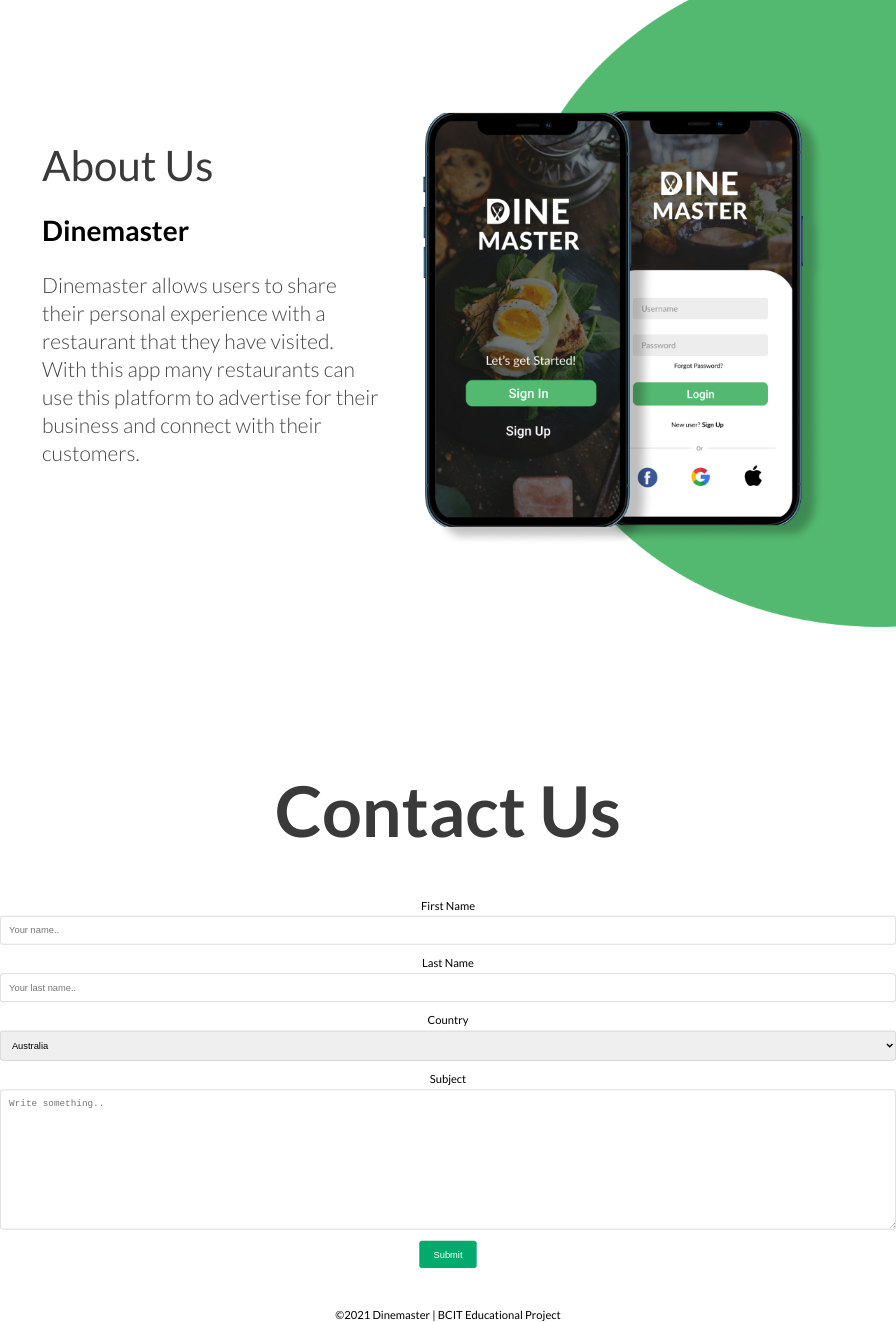
Repository: leahma1208/dinemaster
Page: index.html
These files come from the project's save history. The page is drawn as it stood at one moment and after a run of saves; the edit follows.
The browser window is 1280 px wide. The pictures show the part of the page from y = 3188 to 5108 px (the page is 5076 px tall before and 5108 px after), at 70% of full size.
A picture or video elsewhere on the page could not be fetched, so the positions and the page height are approximate.

Above is the page before, as saved 2021-05-07 10:52:11.

After the next 3 saves:
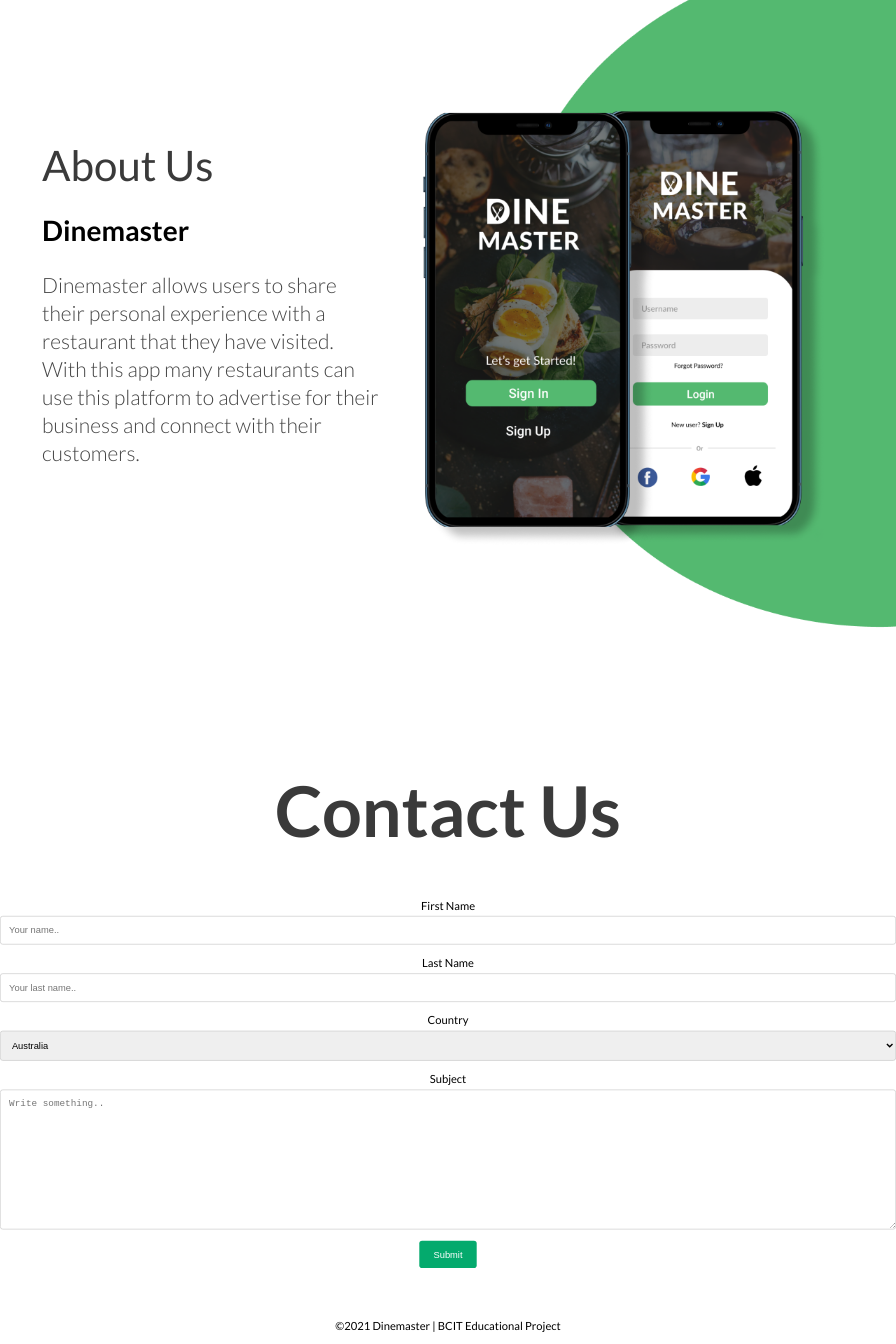
The 3 saves are shown as one change because they came seconds apart.
The last was saved 25 s later.
--- a/index.html
+++ b/index.html
@@ -118,7 +118,7 @@
 <br>
 <!-- =========Copy Right================= -->
 <div class="copyright">
-    ©2021 Dinemaster | BCIT Educational Project
+    <p>©2021 Dinemaster | BCIT Educational Project</p>
 </div>
 </div>
 </body>
